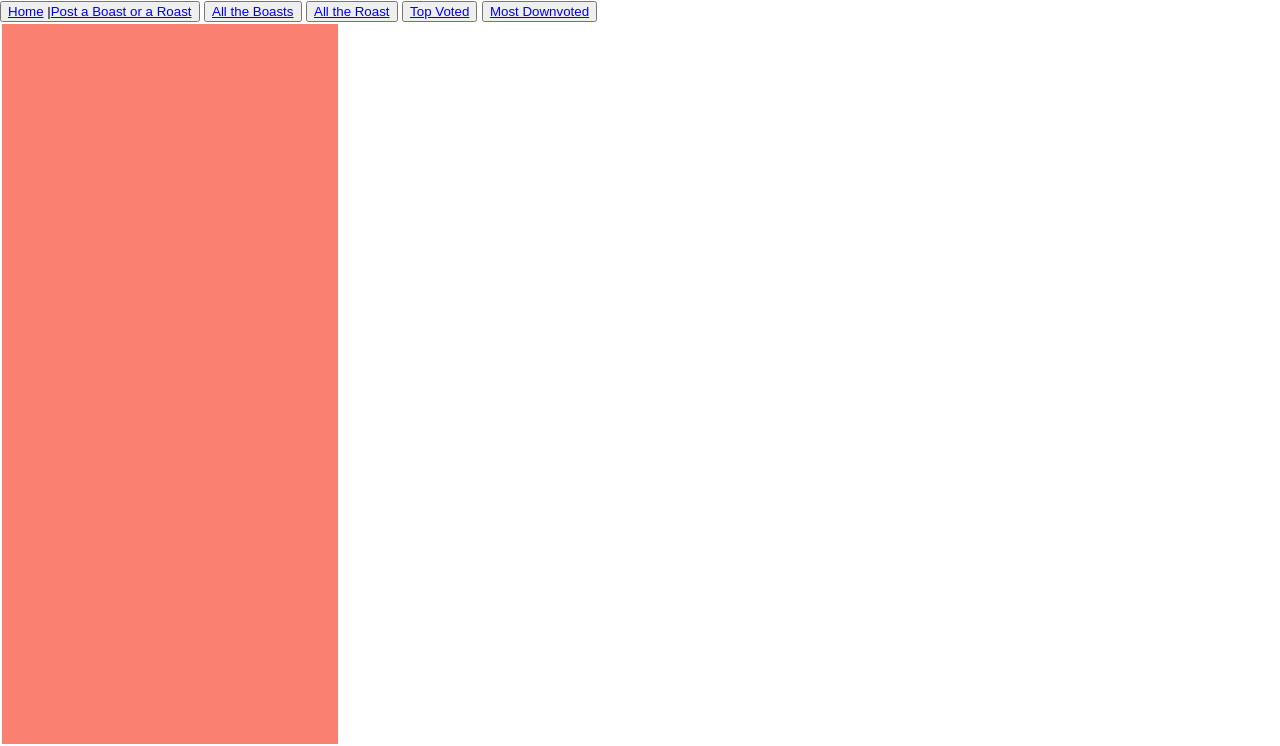
Repository: Imraj423/GhostPost_front-end
Page: /
The author's editor kept a copy of each file at every save. The page is drawn from the files as they stood at one save, then again after the next save.
The browser window is 1280 px wide. The pictures show the whole page.
The page's requests for data from a server got no answer. The project was rebuilt for these pictures with package versions that can differ from the ones it lists, and the page was loaded fresh each time. No one was signed in, and anything a server would have sent is missing. Also part of the build but not shown: src/components/CreatePost/post.js, src/components/Form/form.js.

Above is the page before, as saved 2020-04-03 10:49:07.

After the next save:
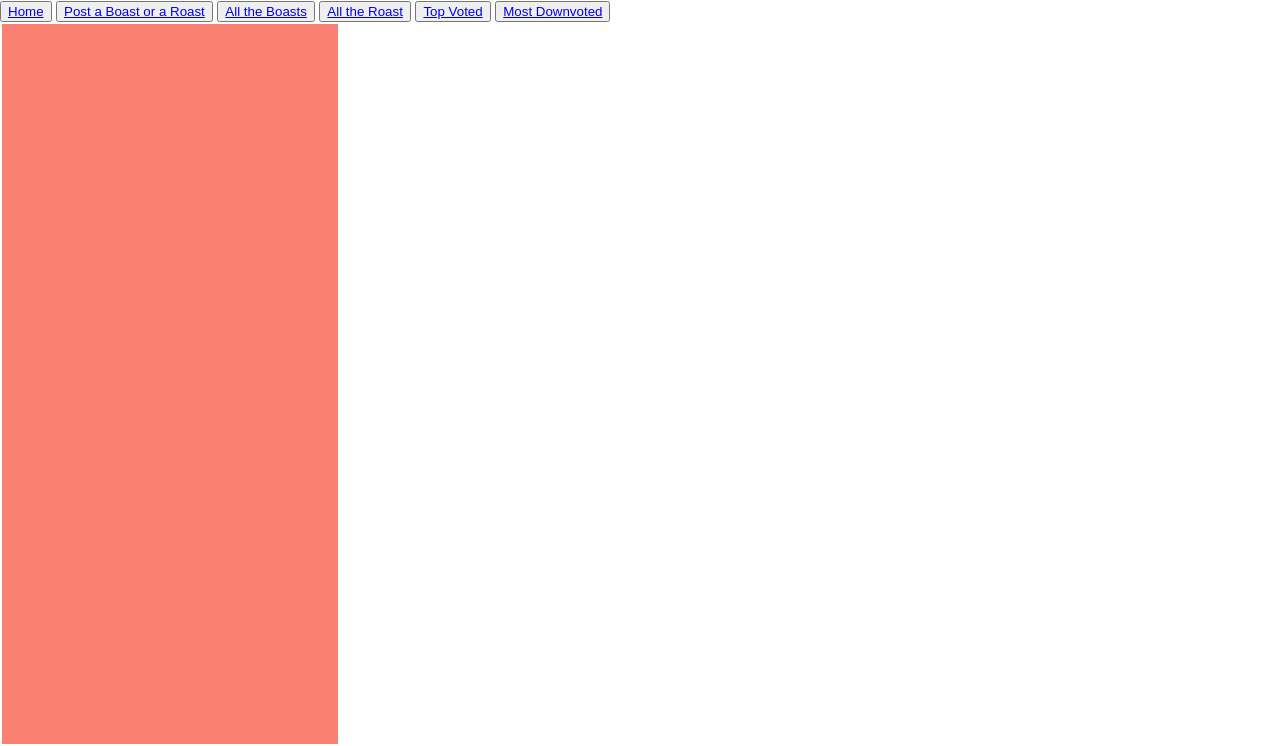
Saved 37 s later.
--- a/src/components/NavBar/nav.js
+++ b/src/components/NavBar/nav.js
@@ -6,7 +6,11 @@ export default function Navi() {
     return (
       <div className="navbar">
         <Button>
-          <a href="/">Home</a> |<a href="/form">Post a Boast or a Roast</a>
+          <a href="/">Home</a>
+        </Button>
+        &nbsp;
+        <Button>
+          <a href="/form">Post a Boast or a Roast</a>
         </Button>
         &nbsp;
         <Button>
